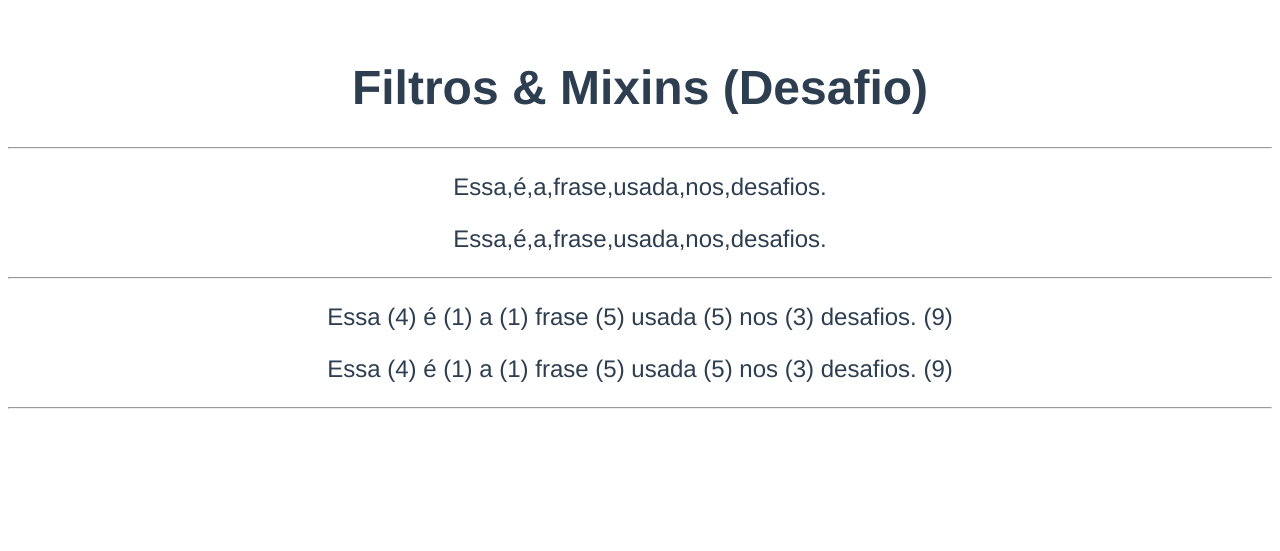
Repository: LucianoBitt/Curso_VueJS
Page: / (app in 11_filtros-mixins/filtros-mixins-desafio/)
The author's editor kept a copy of each file at every save. The page is drawn from the files as they stood at one save, then again after the next save.
The browser window is 1280 px wide. The pictures show the whole page.
The project was rebuilt for these pictures with package versions that can differ from the ones it lists, and the page was loaded fresh each time.

Above is the page before, as saved 2023-12-21 14:34:16.

After the next save:
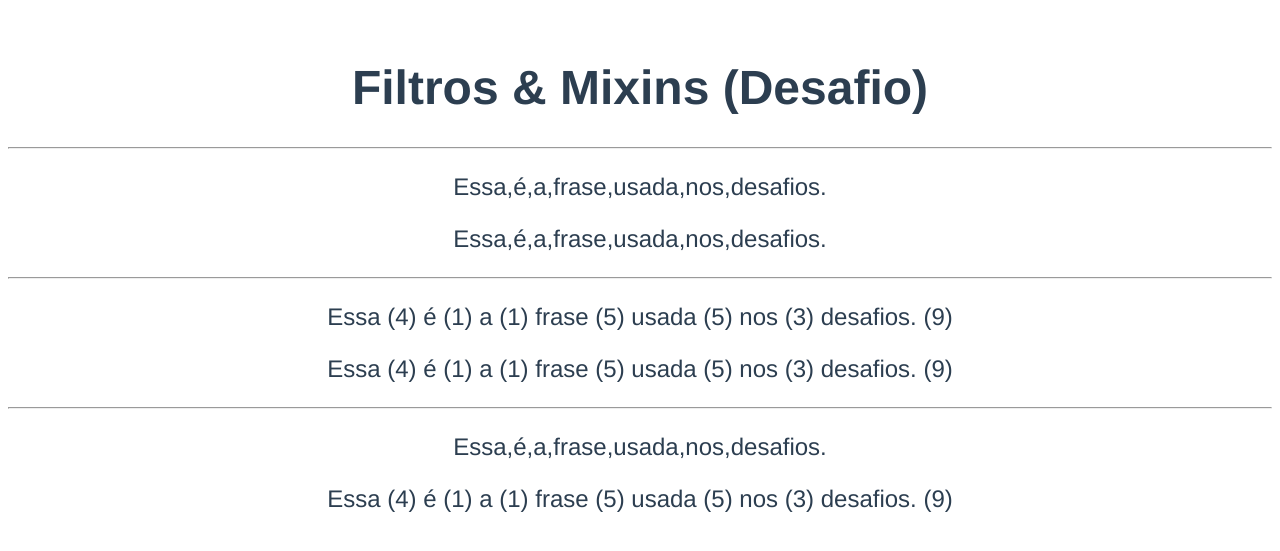
Saved 44 s later.
--- a/11_filtros-mixins/filtros-mixins-desafio/src/App.vue
+++ b/11_filtros-mixins/filtros-mixins-desafio/src/App.vue
@@ -20,7 +20,7 @@
 import frasesMixin from '@/frasesMixin'
 
 export default {
-	mixin: [frasesMixin],
+	mixins: [frasesMixin],
 	data() {
 		return {
 			frase: 'Essa é a frase usada nos desafios.'
